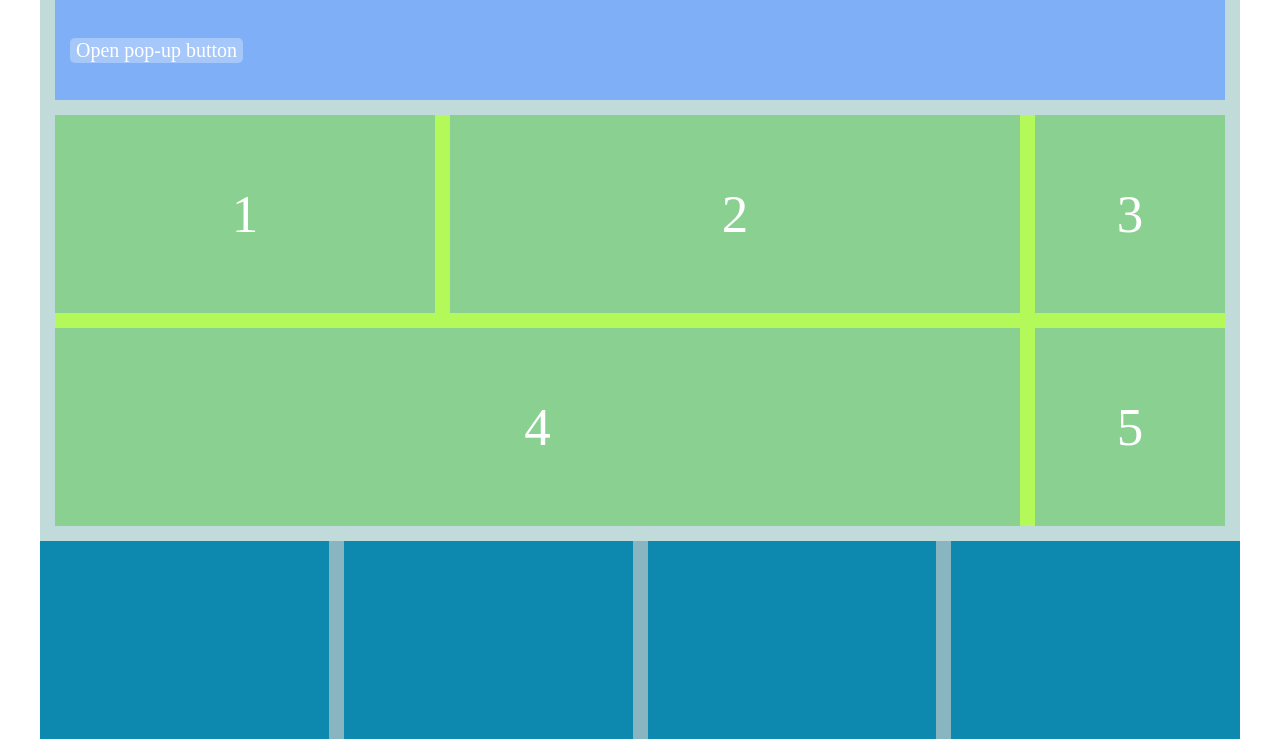
Repository: Evgenius190999999/nodasoft
Page: index.html
The author's editor kept a copy of each file at every save. The page is drawn from the files as they stood at one save, then again after the next save.
The browser window is 1280 px wide. The pictures show the whole page.
Some web libraries are served in a nearby version. The style sheet was rebuilt from its Sass, Less or Tailwind sources for each picture, by a compiler version that may differ from the author's.

Above is the page before, as saved 2022-07-08 15:08:39.

### index.html
<!DOCTYPE html>
<html lang="en">

<head>
    <meta charset="UTF-8">
    <meta http-equiv="X-UA-Compatible" content="IE=edge">
    <meta name="viewport" content="width=device-width, initial-scale=1.0">
    <link rel="stylesheet" href="./style/normalize.css">
    <link rel="stylesheet" href="./style/reset.css">
    <link rel="stylesheet" href="./style/style.css">
    <script src="https://kit.fontawesome.com/33ab42410f.js" crossorigin="anonymous"></script>
    <title>Nodasoft</title>
</head>

<body>
    <div class="wrapper">
        <header class="header container">
            <button class="open__popup">Open pop-up button</button>
        </header>
        <div class="main__block container">
            <div class="div__1">1</div>
            <div class="div__2">2</div>
            <div class="div__3">3</div>
            <div class="div__4">4</div>
            <div class="div__5">5</div>
        </div>
        <div class="second__block">
            <div class="div1"> </div>
            <div class="div2"> </div>
            <div class="div3"> </div>
            <div class="div4"> </div>
        </div>
    </div>

</body>

</html>

### style/sass/style.sass

*, *::after, *::before
    box-sizing: border-box

.wrapper
    max-width: 1200px
    margin: 0 auto
    background: #C0DBD9

.header
    display: flex
    align-items: center
    justify-content: flex-start
    padding: 0 15px
    background: #7FAFF7
    height: 100px

.container
    max-width: 1170px
    margin: 0 auto

.open__popup
    background: #A5C7F9
    border-radius: 5px
    border: none
    font-size: 20px
    line-height: 23px
    color: #FFFFFF
    cursor: pointer

.main__block
    display: grid
    grid-template-columns: 2fr 3fr 1fr
    grid-template-rows: repeat(2, 1fr)
    grid-column-gap: 15px
    grid-row-gap: 15px
    background: #B3F95A
    font-size: 53px
    color: #FFFFFF
    margin: 15px auto
    div
        height: 198px
        background: #8AD191
        display: flex
        align-items: center
        justify-content: center

.div__1
    grid-area: 1 / 1 / 2 / 2
.div__2
    grid-area: 1 / 2 / 2 / 3
.div__3
    grid-area: 1 / 3 / 2 / 4
.div__4
    grid-area: 2 / 1 / 3 / 3
.div__5
    grid-area: 2 / 3 / 3 / 4

.second__block
    display: grid
    grid-template-columns: repeat(4, 1fr)
    grid-template-rows: 1fr
    grid-column-gap: 15px
    grid-row-gap: 0px
    background: #88B5BF
    div
        height: 198px
        background: #0D89B0

.div1
    grid-area: 1 / 1 / 2 / 2
.div2
    grid-area: 1 / 2 / 2 / 3
.div3
    grid-area: 1 / 3 / 2 / 4
.div4
    grid-area: 1 / 4 / 2 / 5

Loaded but not shown: style/normalize.css (library); style/reset.css (common file)

After the next save:
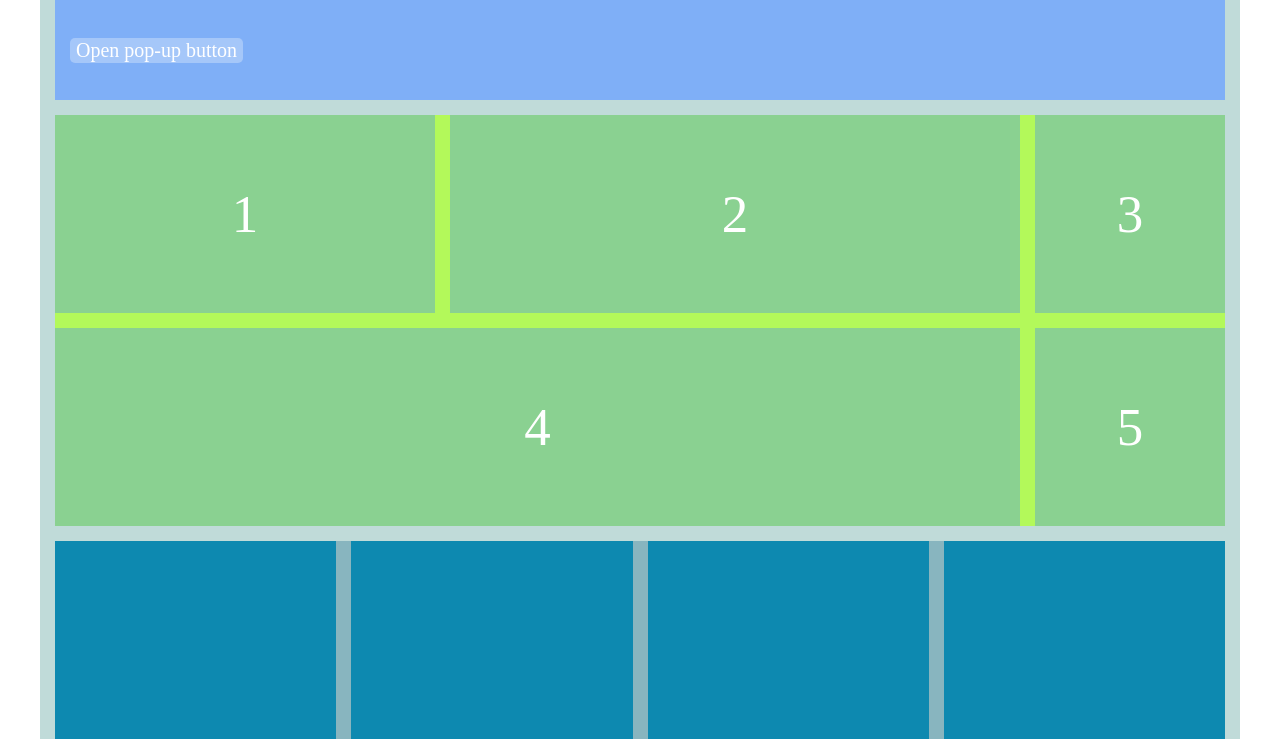
Saved 13 s later.
--- a/index.html
+++ b/index.html
@@ -24,7 +24,7 @@
             <div class="div__4">4</div>
             <div class="div__5">5</div>
         </div>
-        <div class="second__block">
+        <div class="second__block container">
             <div class="div1"> </div>
             <div class="div2"> </div>
             <div class="div3"> </div>
